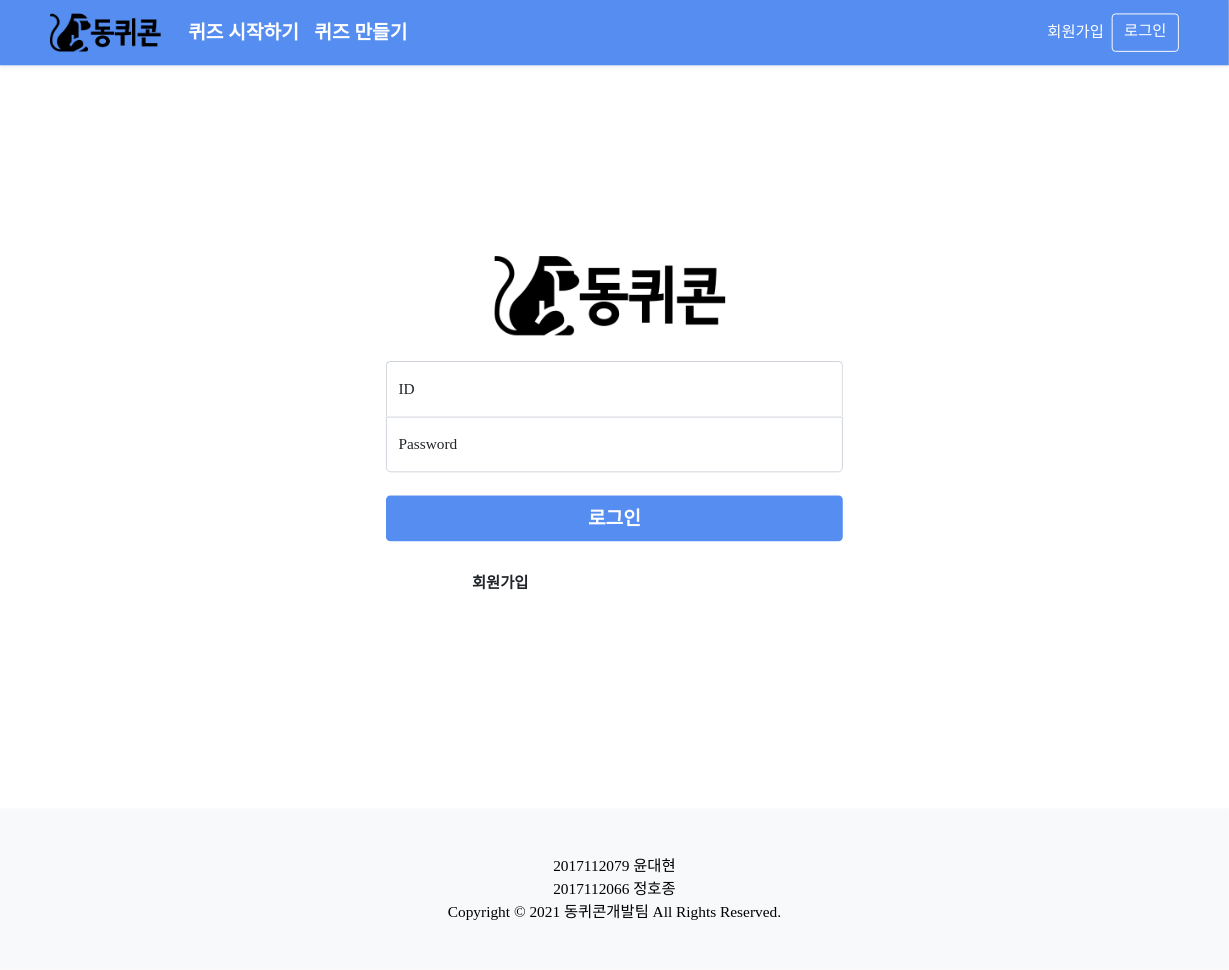
Repository: eogus0512/Quiz_WebProject
Page: http://localhost/Quiz_WebProject/login.jsp
These files come from the project's save history. The page is drawn as it stood at one moment and after the next save; the edit follows.
The browser window is 1280 px wide. The pictures show the whole page, at 96% of full size.
Some web fonts or font styles are not loaded; a fallback is used. The page is served by Tomcat 9.

Above is the page before, as saved 2021-12-12 09:14:16.

After the next save:
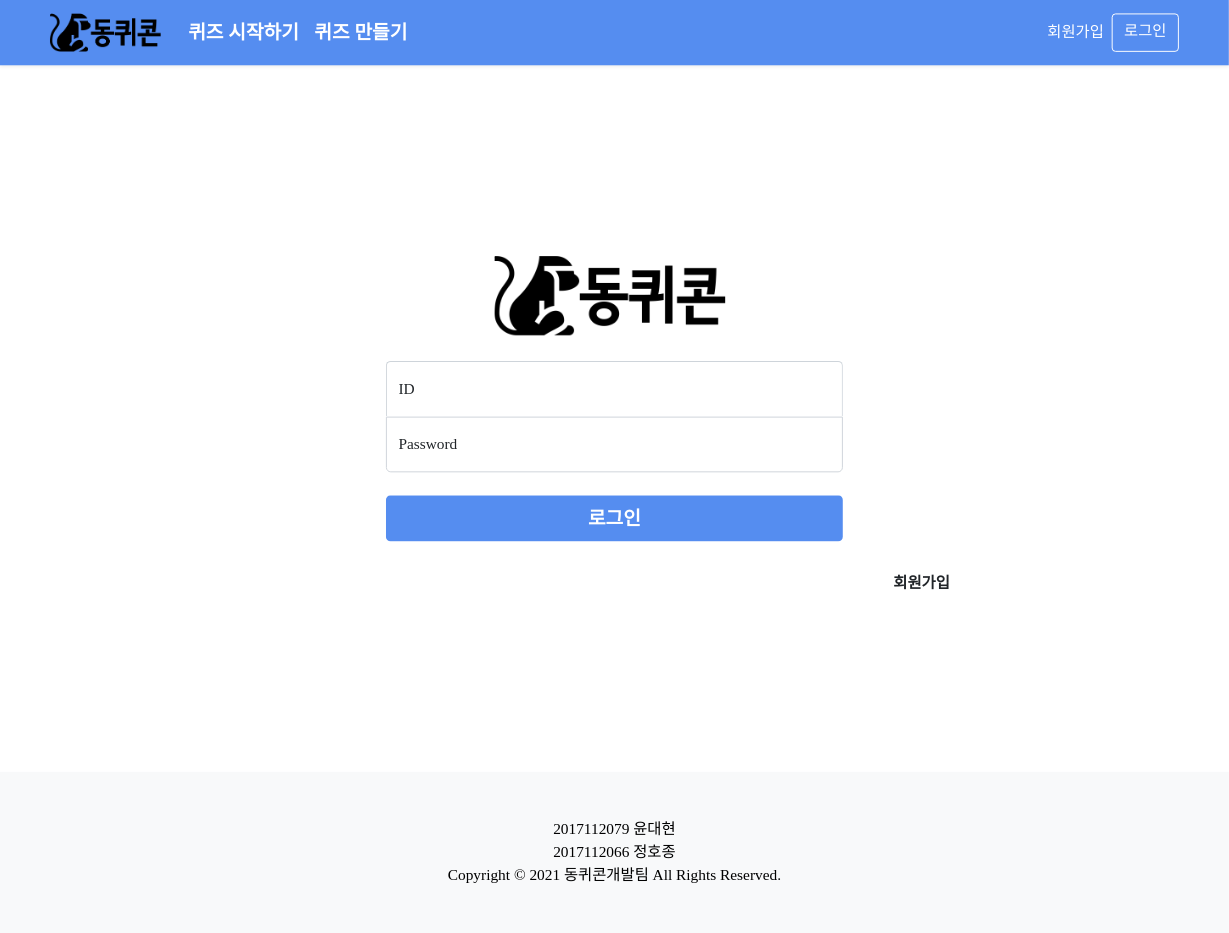
Saved 34 s later.
--- a/Quiz_WebProject/WebContent/login.jsp
+++ b/Quiz_WebProject/WebContent/login.jsp
@@ -75,7 +75,7 @@
     </div><br>
     <button class="w-100 btn btn-lg btn" type="submit" style="background-color: #558DF0; color:white"><b>로그인</b></button>
     <br><br>
-    <div class="gap-2 d-md-block col-6">
+    <div class="gap-2 d-md-block col-6" style="position:absolute; right:0%;">
         <button class="btn btn col-5" type="button" onclick="location.href='signUp.jsp'" style="background-color: #FFFFFF"><b>회원가입</b></button>
     </div>
 </form>

After the save that followed:
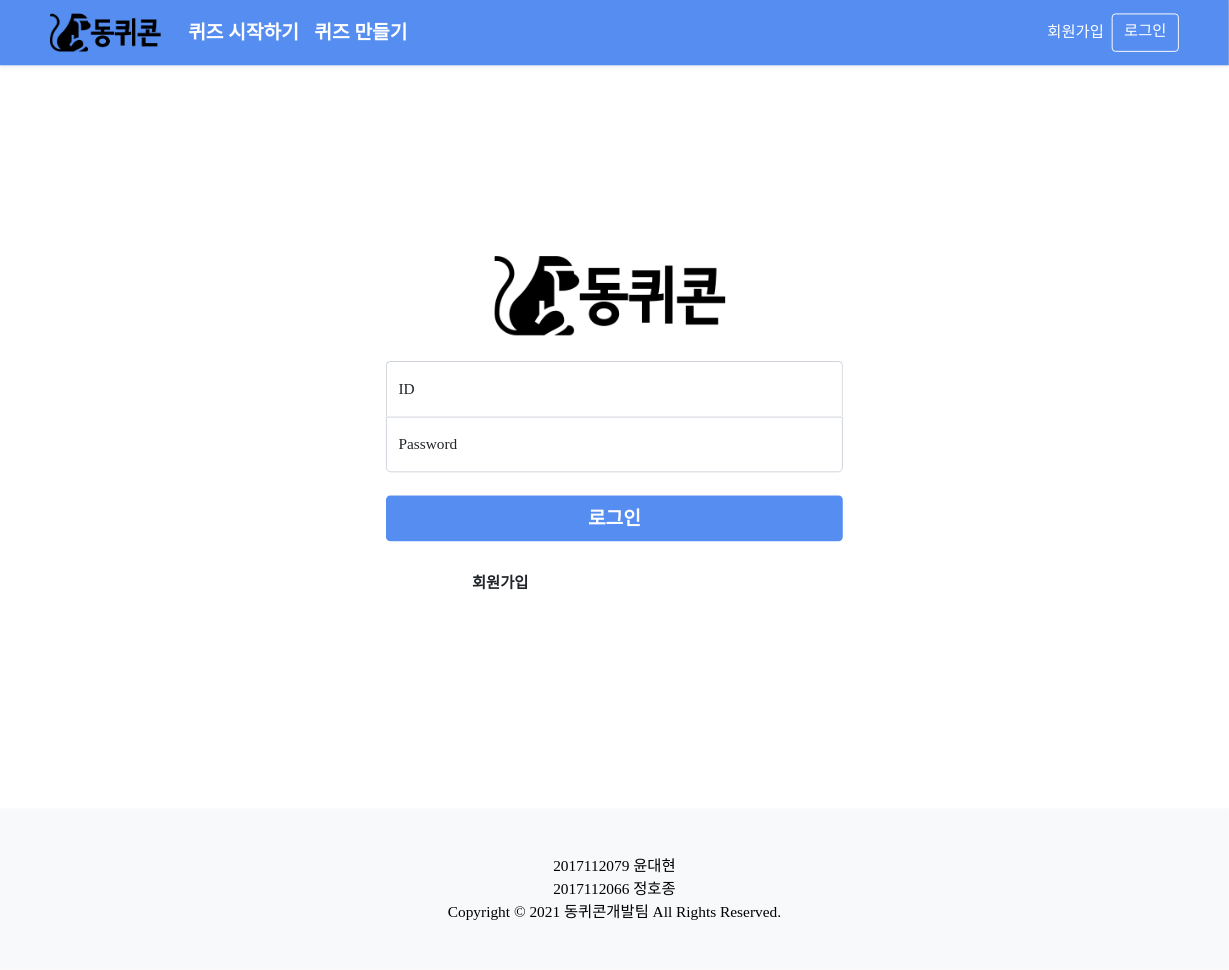
Saved 16 s later.
--- a/Quiz_WebProject/WebContent/login.jsp
+++ b/Quiz_WebProject/WebContent/login.jsp
@@ -75,7 +75,7 @@
     </div><br>
     <button class="w-100 btn btn-lg btn" type="submit" style="background-color: #558DF0; color:white"><b>로그인</b></button>
     <br><br>
-    <div class="gap-2 d-md-block col-6" style="position:absolute; right:0%;">
+    <div class="gap-2 d-md-block col-6" style="position:relative; right:0%;">
         <button class="btn btn col-5" type="button" onclick="location.href='signUp.jsp'" style="background-color: #FFFFFF"><b>회원가입</b></button>
     </div>
 </form>
